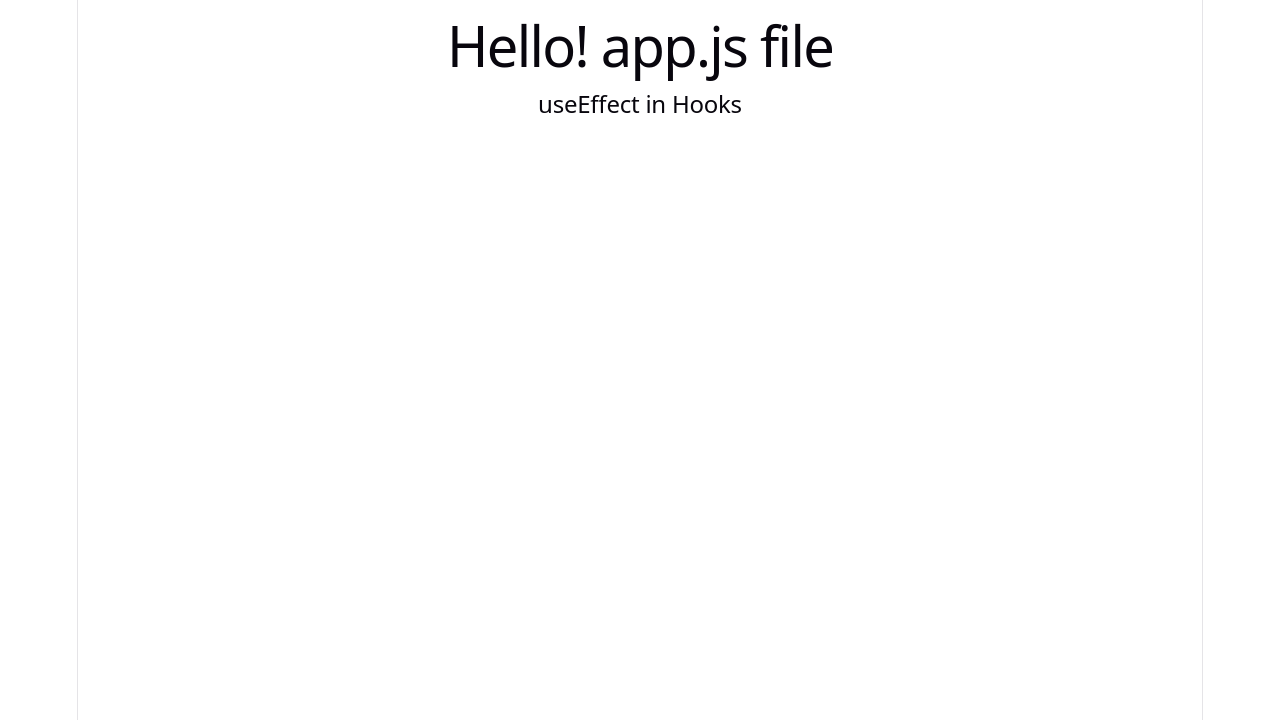
Repository: Gulzarokz/React_Course_Review
Page: / (app in vite-Project/)
The author's editor kept a copy of each file at every save. The page is drawn from the files as they stood at one save, then again after the next save.
The browser window is 1280 px wide. The pictures show the whole page.
The project was rebuilt for these pictures with package versions that can differ from the ones it lists, and the page was loaded fresh each time. Also part of the build but not shown: vite-Project/vite.config.js, vite-Project/src/App.css.

Above is the page before, as saved 2026-04-22 12:16:38.

### vite-Project/index.html
<!doctype html>
<html lang="en">
  <head>
    <meta charset="UTF-8" />
    <link rel="icon" type="image/svg+xml" href="/favicon.svg" />
    <meta name="viewport" content="width=device-width, initial-scale=1.0" />
    <title>vite-project</title>
  </head>
  <body>
    <div id="root"></div>
    <script type="module" src="/src/main.jsx"></script>
  </body>
</html>

### vite-Project/src/index.css
:root {
  --text: #6b6375;
  --text-h: #08060d;
  --bg: #fff;
  --border: #e5e4e7;
  --code-bg: #f4f3ec;
  --accent: #aa3bff;
  --accent-bg: rgba(170, 59, 255, 0.1);
  --accent-border: rgba(170, 59, 255, 0.5);
  --social-bg: rgba(244, 243, 236, 0.5);
  --shadow:
    rgba(0, 0, 0, 0.1) 0 10px 15px -3px, rgba(0, 0, 0, 0.05) 0 4px 6px -2px;

  --sans: system-ui, 'Segoe UI', Roboto, sans-serif;
  --heading: system-ui, 'Segoe UI', Roboto, sans-serif;
  --mono: ui-monospace, Consolas, monospace;

  font: 18px/145% var(--sans);
  letter-spacing: 0.18px;
  color-scheme: light dark;
  color: var(--text);
  background: var(--bg);
  font-synthesis: none;
  text-rendering: optimizeLegibility;
  -webkit-font-smoothing: antialiased;
  -moz-osx-font-smoothing: grayscale;

  @media (max-width: 1024px) {
    font-size: 16px;
  }
}

@media (prefers-color-scheme: dark) {
  :root {
    --text: #9ca3af;
    --text-h: #f3f4f6;
    --bg: #16171d;
    --border: #2e303a;
    --code-bg: #1f2028;
    --accent: #c084fc;
    --accent-bg: rgba(192, 132, 252, 0.15);
    --accent-border: rgba(192, 132, 252, 0.5);
    --social-bg: rgba(47, 48, 58, 0.5);
    --shadow:
      rgba(0, 0, 0, 0.4) 0 10px 15px -3px, rgba(0, 0, 0, 0.25) 0 4px 6px -2px;
  }

  #social .button-icon {
    filter: invert(1) brightness(2);
  }
}

body {
  margin: 0;
}

#root {
  width: 1126px;
  max-width: 100%;
  margin: 0 auto;
  text-align: center;
  border-inline: 1px solid var(--border);
  min-height: 100svh;
  display: flex;
  flex-direction: column;
  box-sizing: border-box;
}

h1,
h2 {
  font-family: var(--heading);
  font-weight: 500;
  color: var(--text-h);
}

h1 {
  font-size: 56px;
  letter-spacing: -1.68px;
  margin: 32px 0;
  @media (max-width: 1024px) {
    font-size: 36px;
    margin: 20px 0;
  }
}
h2 {
  font-size: 24px;
  line-height: 118%;
  letter-spacing: -0.24px;
  margin: 0 0 8px;
  @media (max-width: 1024px) {
    font-size: 20px;
  }
}
p {
  margin: 0;
}

code,
.counter {
  font-family: var(--mono);
  display: inline-flex;
  border-radius: 4px;
  color: var(--text-h);
}

code {
  font-size: 15px;
  line-height: 135%;
  padding: 4px 8px;
  background: var(--code-bg);
}

### vite-Project/src/App.jsx
import './App.css';
import UseEffectHook from './UseEffectHook';


function App() {

  // function getData() {
  //   alert('Hello How are you!')
  // }
  return (
    <>
      <h1>Hello! app.js file</h1>
      <UseEffectHook />



    </>
  )
}
export default App

### vite-Project/src/UseEffectHook.jsx
import React from 'react'

function UseEffectHook() {
    return (
        <>
            <h2>useEffect in Hooks</h2>
        </>
    )
}

export default UseEffectHook

Loaded but not shown: vite-Project/src/main.jsx (common file)

After the next save:
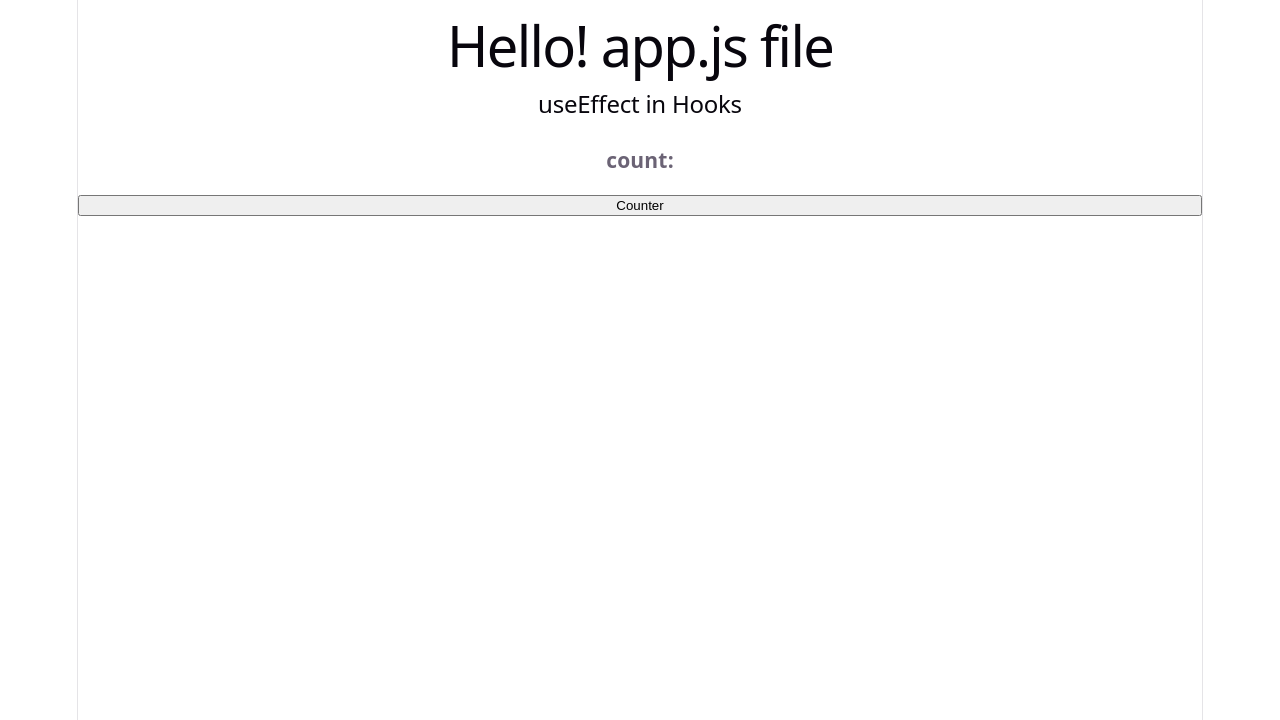
Saved 114 s later.
--- a/vite-Project/src/UseEffectHook.jsx
+++ b/vite-Project/src/UseEffectHook.jsx
@@ -1,9 +1,13 @@
-import React from 'react'
+import React, { useState } from 'react'
 
 function UseEffectHook() {
+
+    const [count, setCount] = useState()
     return (
         <>
             <h2>useEffect in Hooks</h2>
+            <h3>count: {count}</h3>
+            <button onClick={() => setCount(count + 1)}>Counter</button>
         </>
     )
 }
